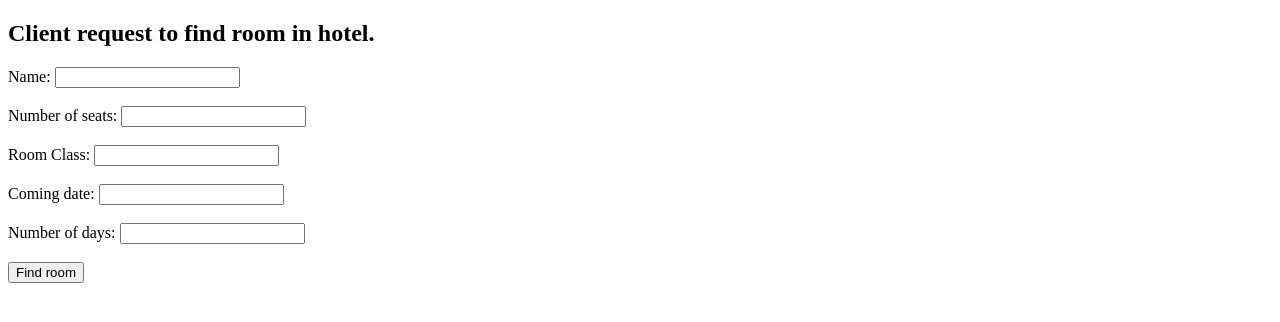
Repository: milosh-alexandr-by/ItAcademyJavaDeveloper
Page: http://localhost/HotelRequestSystem/ClientServlet.jsp
An editor plug-in stored every save of this project. The page is shown before and after the next save, followed by the edit.
The browser window is 1280 px wide. The pictures show the whole page.
The page is served by Tomcat 9. Other server files are loaded and not shown.

Above is the page before, as saved 2015-12-09 13:20:27.

### Project_WEB/HotelRequestSystem/WebContent/ClientServlet.jsp
<%@ page language="java" contentType="text/html; charset=UTF-8"
    pageEncoding="UTF-8"%>
<!DOCTYPE html PUBLIC "-//W3C//DTD HTML 4.01 Transitional//EN" "http://www.w3.org/TR/html4/loose.dtd">
<html>
<head>
<meta http-equiv="Content-Type" content="text/html; charset=UTF-8">
<title>Insert title here</title>
</head>
<body>

	<h2>Client request to find room in hotel.</h2>

	<form action="HotelRequestSystem" method="GET">
		Name: <input type="text" name="Name" /> <br/><br/>
		Number of seats: <input type="text" name="NumberOfSeats" /> <br/><br/>
		Room Class: <input type="text" name="RoomClass" /> <br/><br/>
		Coming date: <input type="text" name="ComingDate" /> <br/><br/>
		Number of days: <input type="text" name="NumberOfDays" /> <br/><br/>
		<input type="submit" name="findRoom" value="Find room">
	</form>

</body>
</html>

After the next save:
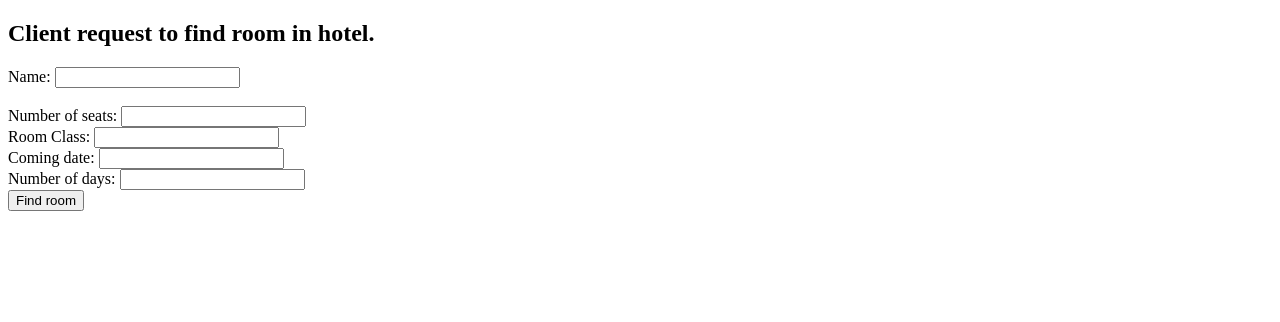
Saved 32 s later.
--- a/Project_WEB/HotelRequestSystem/WebContent/ClientServlet.jsp
+++ b/Project_WEB/HotelRequestSystem/WebContent/ClientServlet.jsp
@@ -12,10 +12,10 @@
 
 	<form action="HotelRequestSystem" method="GET">
 		Name: <input type="text" name="Name" /> <br/><br/>
-		Number of seats: <input type="text" name="NumberOfSeats" /> <br/><br/>
-		Room Class: <input type="text" name="RoomClass" /> <br/><br/>
-		Coming date: <input type="text" name="ComingDate" /> <br/><br/>
-		Number of days: <input type="text" name="NumberOfDays" /> <br/><br/>
+		Number of seats: <input type="text" name="NumberOfSeats" /> <br/>
+		Room Class: <input type="text" name="RoomClass" /> <br/>
+		Coming date: <input type="text" name="ComingDate" /> <br/>
+		Number of days: <input type="text" name="NumberOfDays" /> <br/>
 		<input type="submit" name="findRoom" value="Find room">
 	</form>
 
